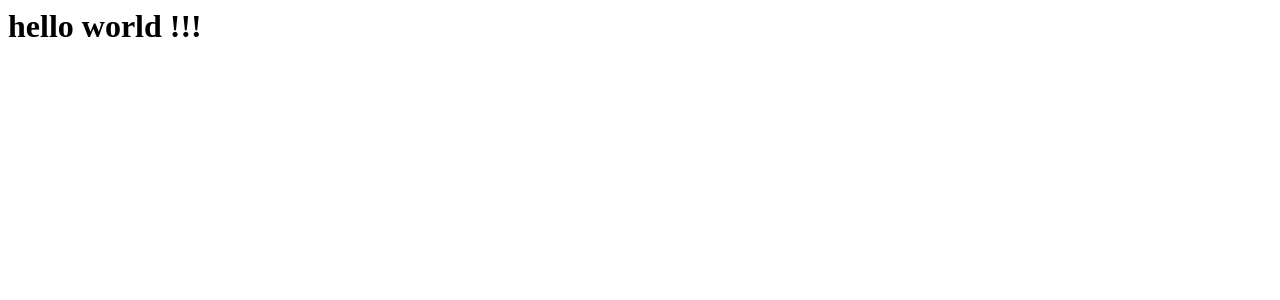
Repository: ArthrCrossy/Aprendendo_TomCat_Jsp_Jstl
Page: eclipse-workspace/gerenciador/src/main/webapp/bemvindo.html
These files come from the project's save history. The page is drawn as it stood at one moment and after the next save; the edit follows.
The browser window is 1280 px wide. The pictures show the whole page.

Above is the page before, as saved 2021-05-28 19:10:27.

After the next save:
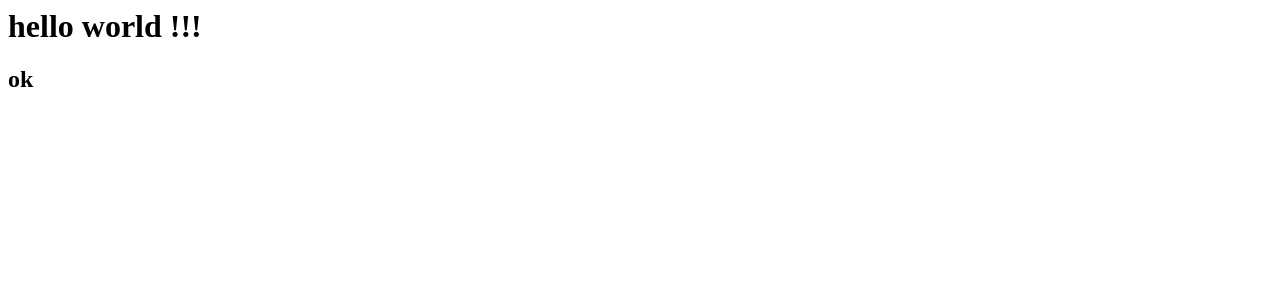
Saved 15 s later.
--- a/eclipse-workspace/gerenciador/src/main/webapp/bemvindo.html
+++ b/eclipse-workspace/gerenciador/src/main/webapp/bemvindo.html
@@ -2,6 +2,7 @@
 
 <body>
 <h1>hello world !!!<h1>
+<h2>ok<h2>
 </body>
 
 </html>
